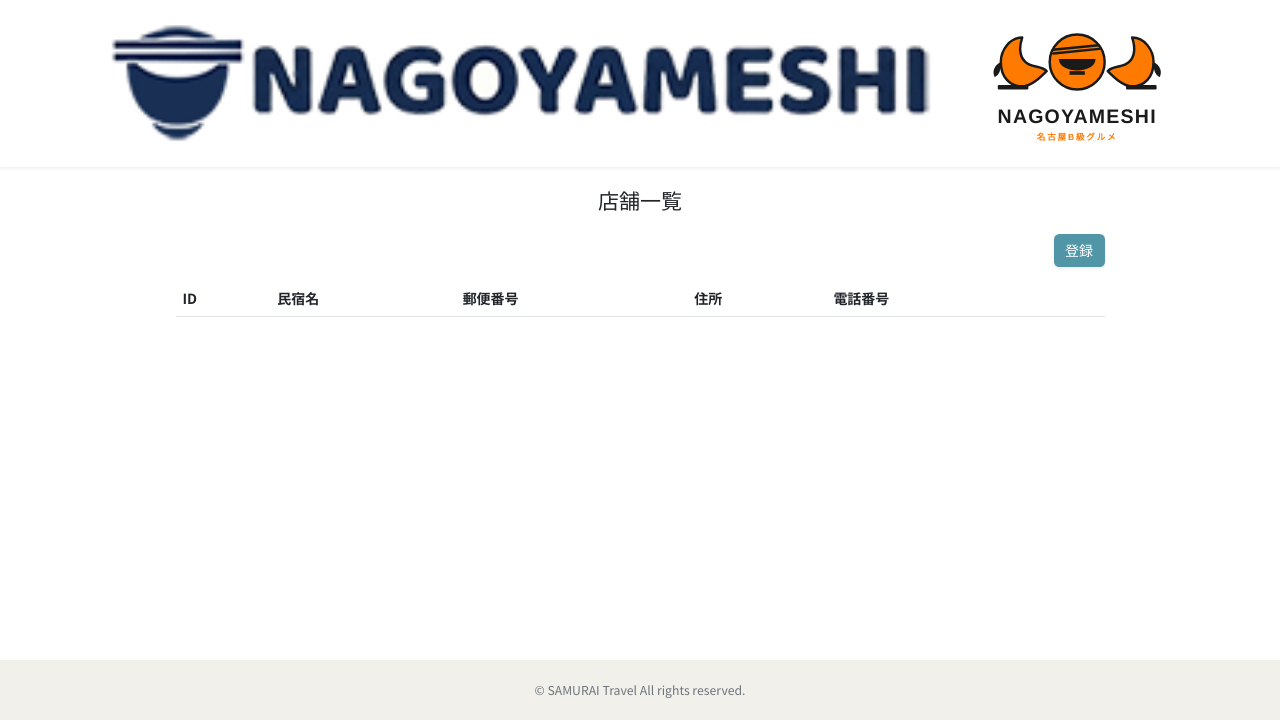
Repository: hardBoxzy/springboot-tabelog-kadai
Page: http://localhost/admin/restaurants/index
These files come from the project's save history. The page is drawn as it stood at one moment and after the next save; the edit follows.
The browser window is 1280 px wide. The pictures show the whole page.
The page is this project's Thymeleaf template; nobody is signed in. The template is opened directly, without the code that normally fills it, so the values that code supplies are empty.

Above is the page before, as saved 2026-07-25 13:06:51.

After the next save:
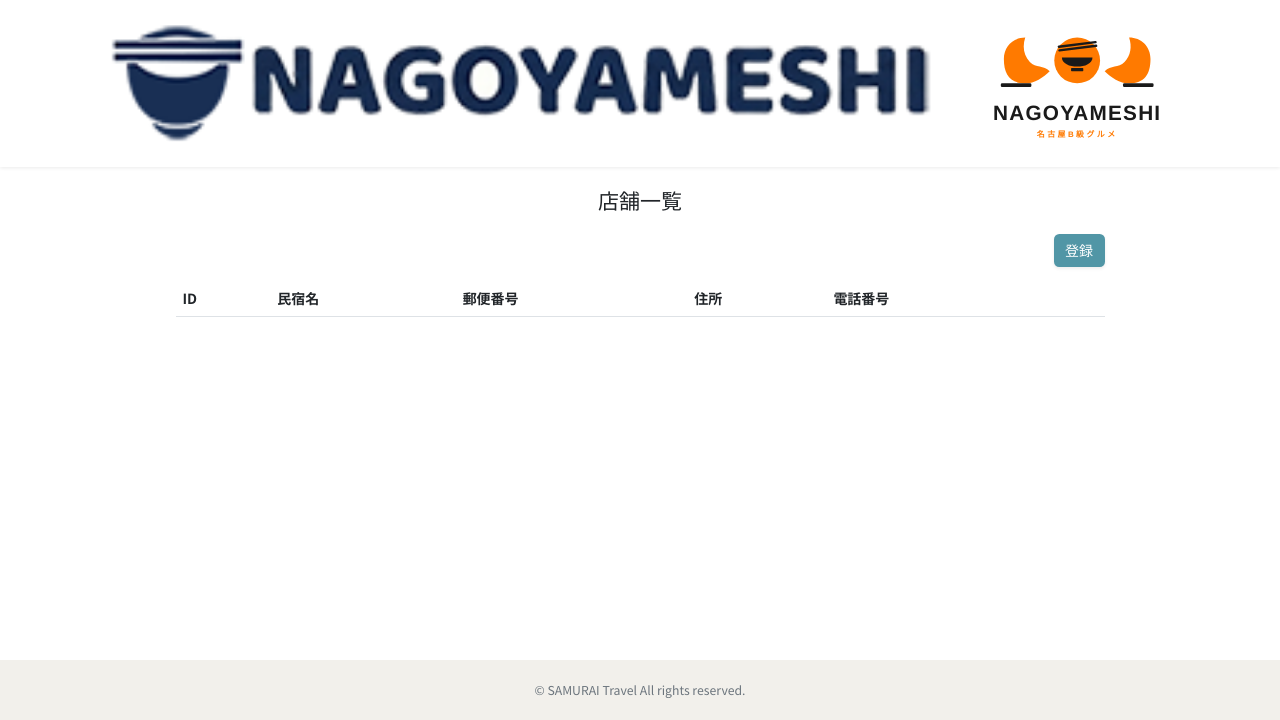
Saved 106 s later.
--- a/kadai_002/nagoyameshi/src/main/resources/templates/admin/restaurants/index.html
+++ b/kadai_002/nagoyameshi/src/main/resources/templates/admin/restaurants/index.html
@@ -25,39 +25,35 @@
                        <img class="samuraitravel-logo me-1" th:src="@{/images/logo.png}" alt="SAMURAI NAGOYAMESHI">
                    </a>
                      <svg xmlns="http://w3.org" viewBox="0 0 800 500" width="100%" height="100%">
-  <!-- 背景（透過） -->
+  <!-- 背景透過 -->
   <rect width="100%" height="100%" fill="none"/>
 
-  <g transform="translate(0, -20)">
-    <!-- 左の金の鯱（ミニマルシルエット） -->
-    <path d="M 220 280 C 180 280, 150 250, 150 200 C 150 160, 180 120, 220 120 C 210 150, 210 180, 230 200 C 250 220, 280 210, 300 230 C 280 250, 250 280, 220 280 Z" fill="#FF7A00" stroke="#1A1A1A" stroke-width="8" stroke-linejoin="round"/>
-    <path d="M 150 200 C 130 210, 120 230, 130 250 C 145 240, 150 230, 150 200 Z" fill="#1A1A1A"/>
-    <!-- 台座 -->
-    <rect x="140" y="275" width="100" height="15" rx="4" fill="#1A1A1A"/>
+  <g transform="translate(0, -10)">
+    <!-- 左の金の鯱（鱗を完全省略したミニマルなシルエット） -->
+    <path d="M 230 260 C 180 260, 160 230, 160 180 C 160 140, 190 110, 230 110 C 220 140, 225 170, 245 190 C 265 210, 290 200, 310 220 C 290 240, 260 260, 230 260 Z" fill="#FF7A00"/>
+    <rect x="150" y="260" width="100" height="12" rx="4" fill="#1A1A1A"/>
 
-    <!-- 右の金の鯱（ミニマルシルエット） -->
-    <path d="M 580 280 C 620 280, 650 250, 650 200 C 650 160, 620 120, 580 120 C 590 150, 590 180, 570 200 C 550 220, 520 210, 500 230 C 520 250, 550 280, 580 280 Z" fill="#FF7A00" stroke="#1A1A1A" stroke-width="8" stroke-linejoin="round"/>
-    <path d="M 650 200 C 670 210, 680 230, 670 250 C 655 240, 650 230, 650 200 Z" fill="#1A1A1A"/>
-    <!-- 台座 -->
-    <rect x="560" y="275" width="100" height="15" rx="4" fill="#1A1A1A"/>
+    <!-- 右の金の鯱（鱗を完全省略したミニマルなシルエット） -->
+    <path d="M 570 260 C 620 260, 640 230, 640 180 C 640 140, 610 110, 570 110 C 580 140, 575 170, 555 190 C 535 210, 510 200, 490 220 C 510 240, 540 260, 570 260 Z" fill="#FF7A00"/>
+    <rect x="550" y="260" width="100" height="12" rx="4" fill="#1A1A1A"/>
 
-    <!-- 中央の丸背景（鮮やかなオレンジ） -->
-    <circle cx="400" cy="200" r="90" fill="#FF7A00" stroke="#1A1A1A" stroke-width="8"/>
+    <!-- 中央：オレンジの正円（一切の線を無くしたソリッドな塗り） -->
+    <circle cx="400" cy="185" r="75" fill="#FF7A00"/>
 
-    <!-- お椀（ソリッドブラック） -->
-    <path d="M 340 190 C 340 240, 460 240, 460 190 Z" fill="#1A1A1A"/>
-    <rect x="375" y="230" width="50" height="12" fill="#1A1A1A"/>
-
-    <!-- お箸（シャープな直線） -->
-    <line x1="320" y1="160" x2="470" y2="145" stroke="#1A1A1A" stroke-width="8" stroke-linecap="round"/>
-    <line x1="322" y1="172" x2="472" y2="157" stroke="#1A1A1A" stroke-width="8" stroke-linecap="round"/>
+    <!-- 中央のシンボル：お椀と箸（フラットな黒のアイコン） -->
+    <!-- お箸 -->
+    <line x1="340" y1="140" x2="460" y2="125" stroke="#1A1A1A" stroke-width="8" stroke-linecap="round"/>
+    <line x1="342" y1="152" x2="462" y2="137" stroke="#1A1A1A" stroke-width="8" stroke-linecap="round"/>
+    <!-- お椀 -->
+    <path d="M 350 175 C 350 215, 450 215, 450 175 Z" fill="#1A1A1A"/>
+    <rect x="380" y="210" width="40" height="10" rx="2" fill="#1A1A1A"/>
   </g>
 
-  <!-- メインテキスト（太めのモダンサンセリフ風） -->
-  <text x="400" y="380" font-family="'Helvetica Neue', Helvetica, Arial, 'Hiragino Kaku Gothic ProN', sans-serif" font-size="64" font-weight="900" fill="#1A1A1A" text-anchor="middle" letter-spacing="4">NAGOYAMESHI</text>
+  <!-- メインテキスト（フチ無しのすっきりした極太ゴシック） -->
+  <text x="400" y="370" font-family="'Helvetica Neue', Helvetica, Arial, 'Hiragino Kaku Gothic ProN', sans-serif" font-size="68" font-weight="900" fill="#1A1A1A" text-anchor="middle" letter-spacing="4">NAGOYAMESHI</text>
 
-  <!-- サブテキスト（すっきりとしたゴシック） -->
-  <text x="400" y="435" font-family="'Helvetica Neue', Helvetica, Arial, 'Hiragino Kaku Gothic ProN', sans-serif" font-size="28" font-weight="700" fill="#FF7A00" text-anchor="middle" letter-spacing="6">名古屋B級グルメ</text>
+  <!-- サブテキスト（オレンジのソリッドな配置） -->
+  <text x="400" y="425" font-family="'Helvetica Neue', Helvetica, Arial, 'Hiragino Kaku Gothic ProN', sans-serif" font-size="26" font-weight="700" fill="#FF7A00" text-anchor="middle" letter-spacing="8">名古屋B級グルメ</text>
 </svg>
                </div>
            </nav>
